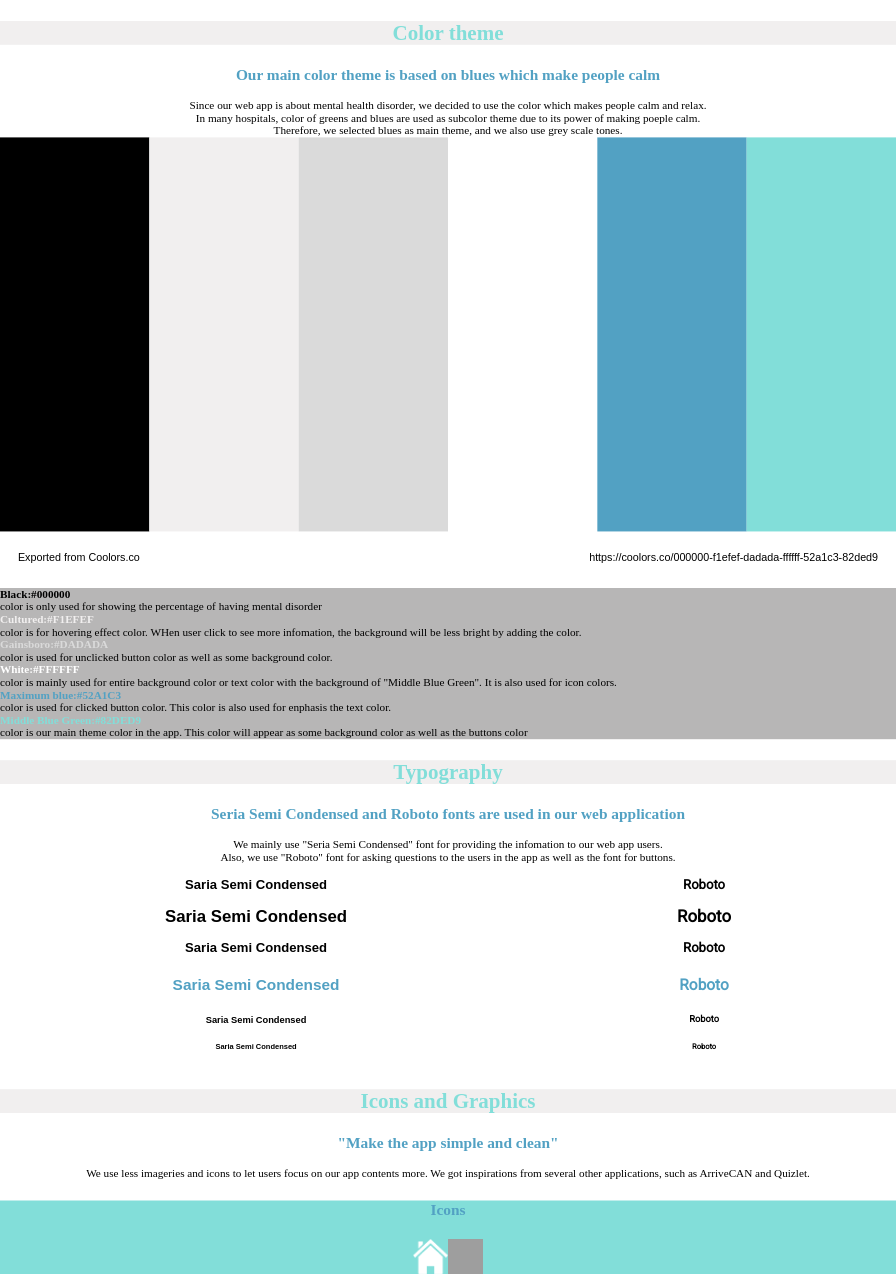
Repository: zzs1/style-guide
Page: style guide/Chisaki_styleGuide_part2/index.html
The author's editor kept a copy of each file at every save. The page is drawn from the files as they stood at one save, then again after the next save.
The browser window is 1280 px wide. The pictures show the whole page, at 70% of full size.
Pictures or frames that could not be fetched are drawn as grey boxes. Some web fonts or font styles are not loaded; a fallback is used.

Above is the page before, as saved 2021-03-21 21:00:30.

### style guide/Chisaki_styleGuide_part2/index.html
<!DOCTYPE html>
<html lang="en">
<head>
  <meta charset="UTF-8">
  <meta name="viewport" content="width=device-width, initial-scale=1.0">
  <title>Style guide - Colour Palette & Typography, Imagery, Graphics -</title>
  <link href ="style.css" rel="stylesheet" />
  <link href="https://fonts.googleapis.com/css2?family=Saira+Semi+Condensed:wght@500&display=swap" rel="stylesheet">
  <link href="https://fonts.googleapis.com/css2?family=Roboto&display=swap" rel="stylesheet">
</head>
<body>
  <div id="main">
    <article>
      <!--Color theme section starts-->
      <section>
        <h1 class="title">Color theme</h1>
        <h3 class="subtitle">Our main color theme is based on blues which make people calm</h3>
        <p>
          Since our web app is about mental health disorder, we decided to use the color which makes people calm and relax.<br>
          In many hospitals, color of greens and blues are used as subcolor theme due to its power of making poeple calm.<br>
          Therefore, we selected blues as main theme, and we also use grey scale tones.
        </p>
        <div id="colorbox">
          <img src="palette.svg" alt="color pallette">
          <p style="background-color: rgb(183, 182, 182); text-align: left; display: flex; flex-direction: column;">
            <strong style="color:#000000;">Black:#000000</strong> color is only used for showing the percentage of having mental disorder<br>
            <strong style="color:#F1EFEF;">Cultured:#F1EFEF</strong> color is for hovering effect color. WHen user click to see more infomation, the background will be less bright by adding the color.<br>
            <strong style="color:#DADADA;">Gainsboro:#DADADA</strong> color is used for unclicked button color as well as some background color.<br>
            <strong style="color:#FFFFFF;">White:#FFFFFF</strong> color is mainly used for entire background color or text color with the background of "Middle Blue Green". It is also used for icon colors.<br>
            <strong style="color:#52A1C3;">Maximum blue:#52A1C3</strong> color is used for clicked button color. This color is also used for enphasis the text color.<br>
            <strong style="color:#82DED9;">Middle Blue Green:#82DED9</strong> color is our main theme color in the app. This color will appear as some background color as well as the buttons color<br>
          </p>
        </div>
      </section>

      <!--typography section starts-->
      <section id="typo">
        <h1 class="title">Typography</h1>
        <h3 class="subtitle">
          Seria Semi Condensed and Roboto fonts are used in our web application
        </h3>
        <p>
          We mainly use "Seria Semi Condensed" font for providing the infomation to our web app users.<br>
          Also, we use "Roboto" font for asking questions to the users in the app as well as the font for buttons.<br>
        </p>
        <div id="typobox">
          <div id="saria">
            <h1>Saria Semi Condensed</h1>
            <h2>Saria Semi Condensed</h2>
            <h3>Saria Semi Condensed</h3>
            <h4>Saria Semi Condensed</h4>
            <h5>Saria Semi Condensed</h5>
            <h6>Saria Semi Condensed</h6>
          </div>
          <div id="roboto">
            <h1>Roboto</h1>
            <h2>Roboto</h2>
            <h3>Roboto</h3>
            <h4>Roboto</h4>
            <h5>Roboto</h5>
            <h6>Roboto</h6>
          </div>
      </div>
      </section>

      <!--icon section starts-->
      <section>
        <h1 class="title">Icons and Graphics</h1>
        <h3 class="subtitle">
          "Make the app simple and clean"
        </h3>
        <p>
          We use less imageries and icons to let users focus on our app contents more. We got inspirations from several other applications, such as ArriveCAN and Quizlet.
        </p>
        <div id="iconbox">
          <h4>Icons</h4>
          <div id="imgcontainer">
          <img src="home_white.png" alt="home icon" width="50px" height="50px" />
          <img src="back.svg" alt="back home arrow" width="50px" height="50px" />
        </div>
        </div>
        <div id="graphicbox">

        </div>
      </section>
  </article>
  </div>
</body>
</html>

### style guide/Chisaki_styleGuide_part2/style.css
body, html{
  margin:0;
  text-align:center;
}
p{
  margin:0;
}
.title{
  font-size:30px;
  color:#82DED9;
  background-color: #F1EFEF;
}
.subtitle, h4{
  font-size:22px;
  color:#52A1C3;
}

#typobox{
  display:flex;

}
#saria {
  font-family: 'Saira Semi Condensed', sans-serif;
  flex-grow: 1;

}
#roboto {
  font-family: 'Roboto', sans-serif;
  flex-grow: 1;
}
#iconbox {
  background-color: #82DED9;
}

#imgcontainer {
  display:flex;
  justify-content: center;
}
#imgcontainer > img {
  margin
}

After the next save:
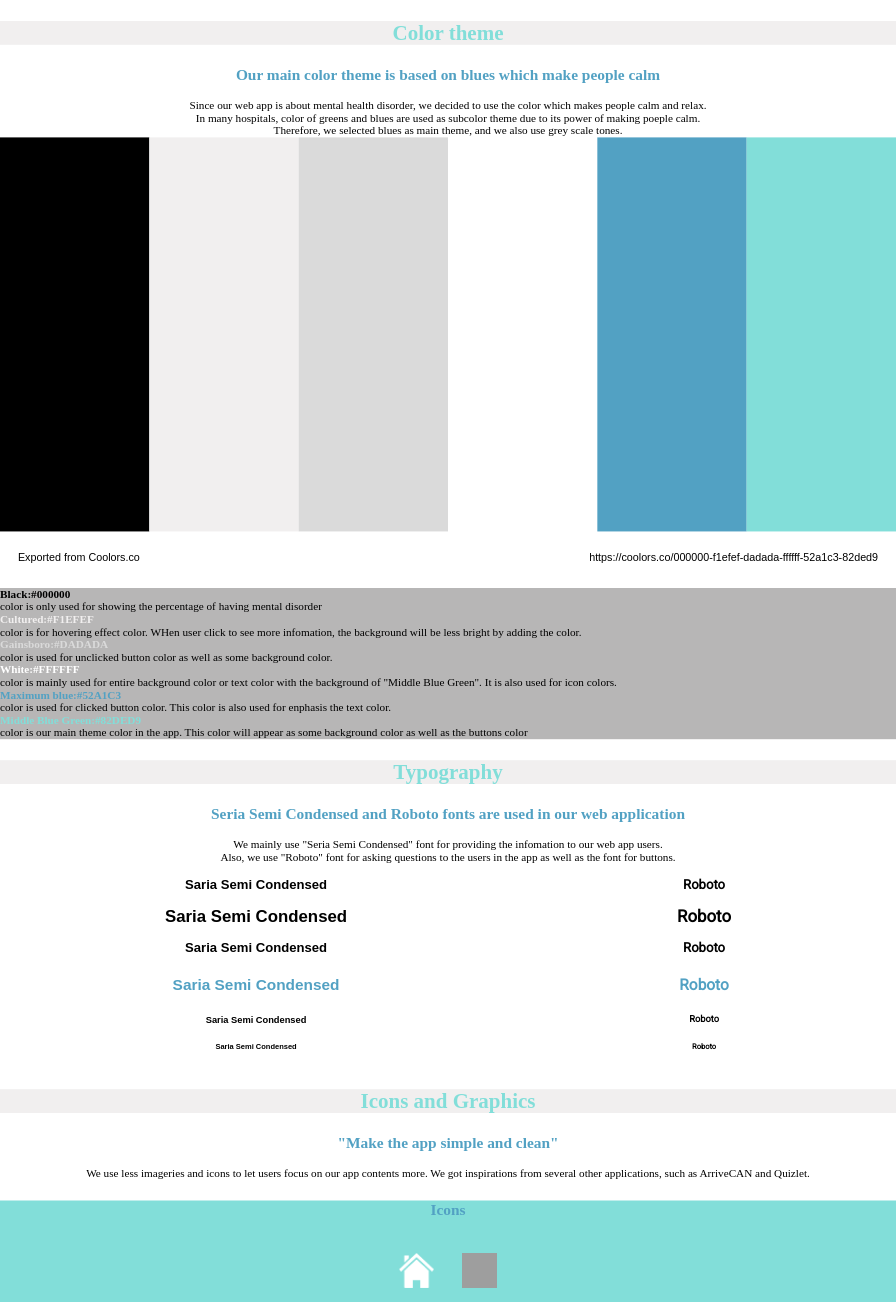
Saved 4 s later.
--- a/style guide/Chisaki_styleGuide_part2/style.css
+++ b/style guide/Chisaki_styleGuide_part2/style.css
@@ -37,5 +37,5 @@ p{
   justify-content: center;
 }
 #imgcontainer > img {
-  margin
+  margin:20px;
 }
